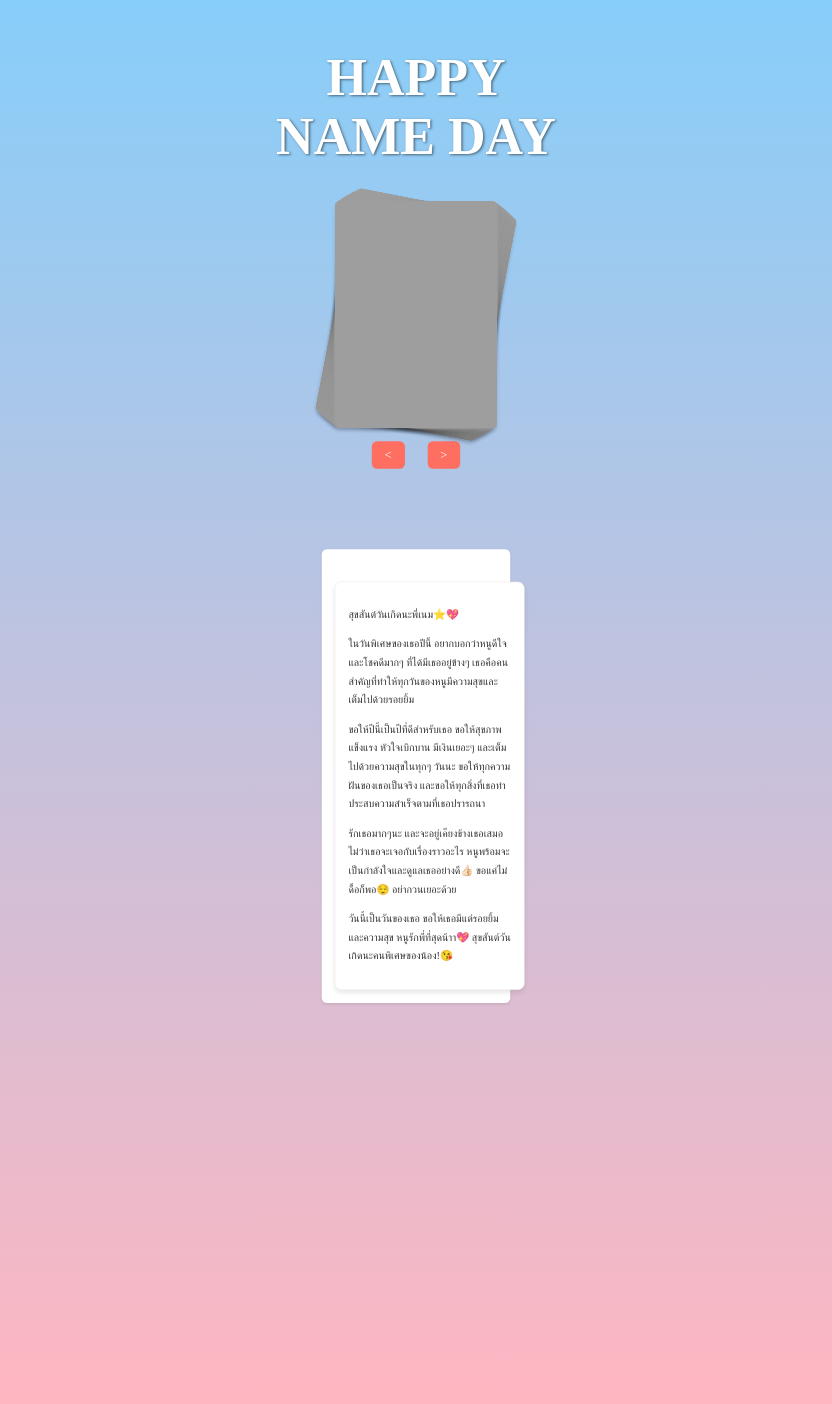
Repository: naps00/BIRTHDAY
Page: /details
An editor plug-in stored every save of this project. The page is shown before and after the next save, followed by the edit.
The browser window is 1280 px wide. The pictures show the whole page, at 65% of full size.
Pictures or frames that could not be fetched are drawn as grey boxes. The project was rebuilt for these pictures with package versions that can differ from the ones it lists, and the page was loaded fresh each time.

Above is the page before, as saved 2024-12-12 20:14:55.

After the next save:
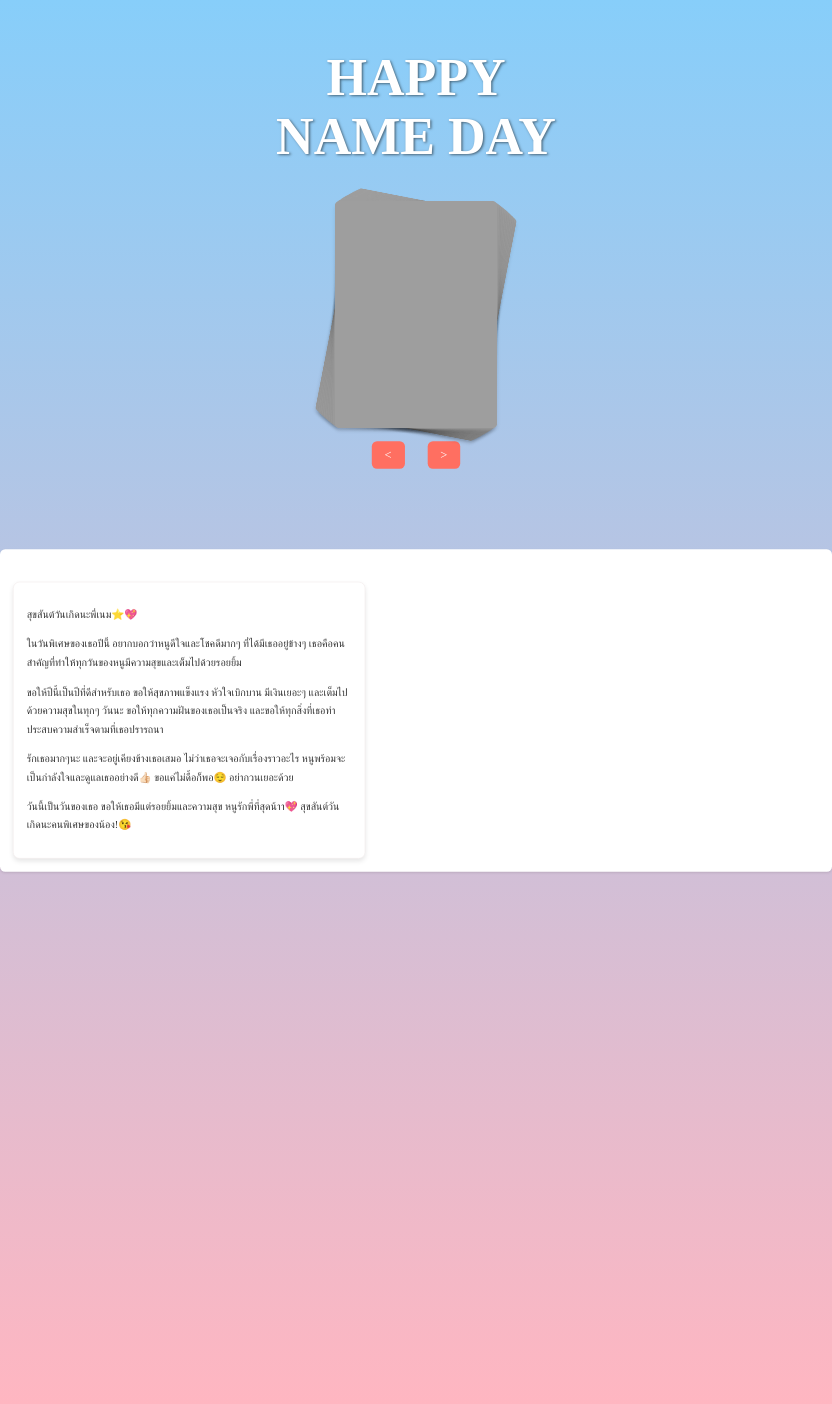
Saved 12 s later.
--- a/src/details.js
+++ b/src/details.js
@@ -83,7 +83,7 @@
         style={{
           margin: '10%',
           width: '100%',
-          maxWidth: '250px',
+          maxWidth: '2500px',
           padding: '20px',
           borderRadius: '8px',
           backgroundColor: '#fff',

After the save that followed:
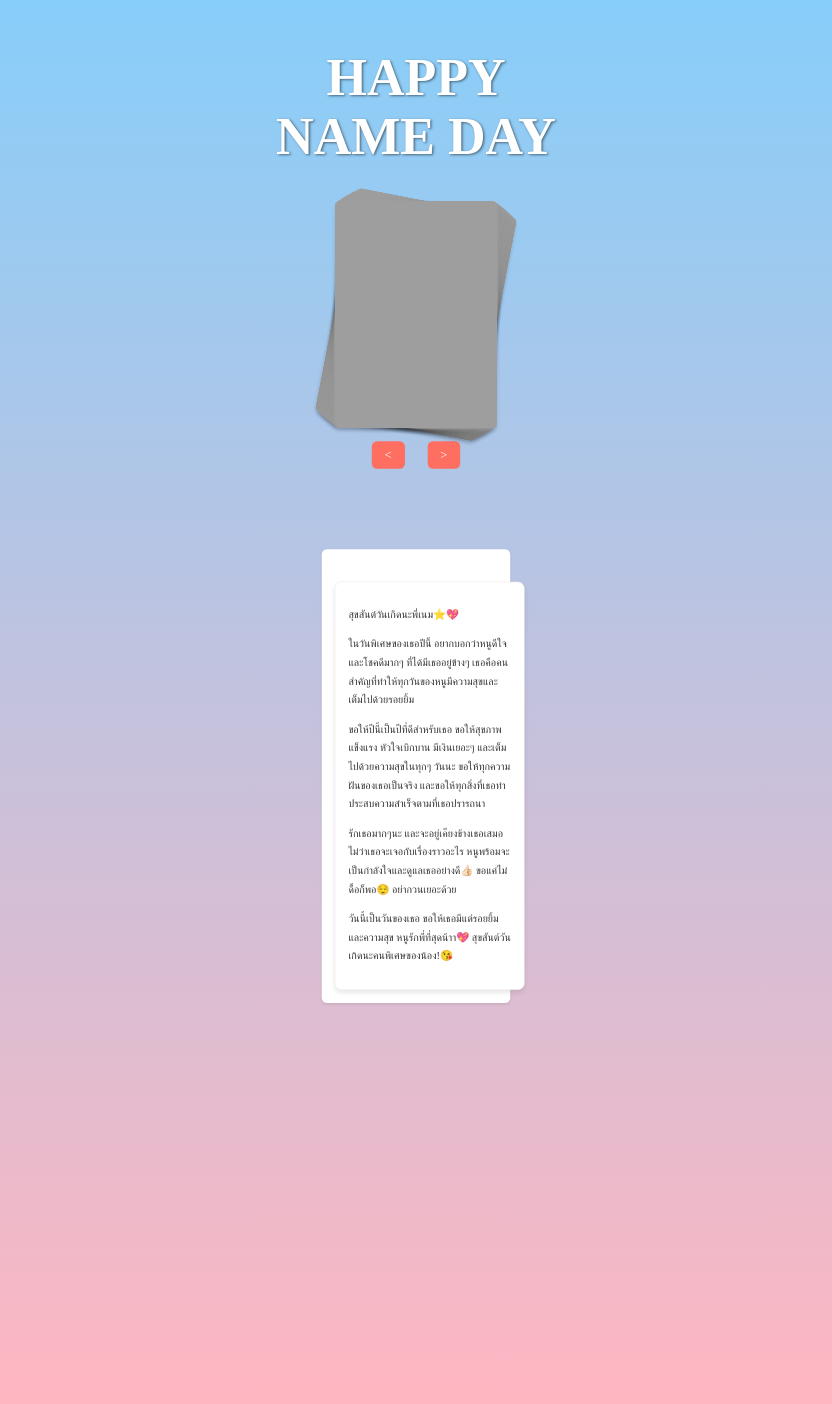
Saved 9 s later.
--- a/src/details.js
+++ b/src/details.js
@@ -83,7 +83,7 @@
         style={{
           margin: '10%',
           width: '100%',
-          maxWidth: '2500px',
+          maxWidth: '250px',
           padding: '20px',
           borderRadius: '8px',
           backgroundColor: '#fff',
